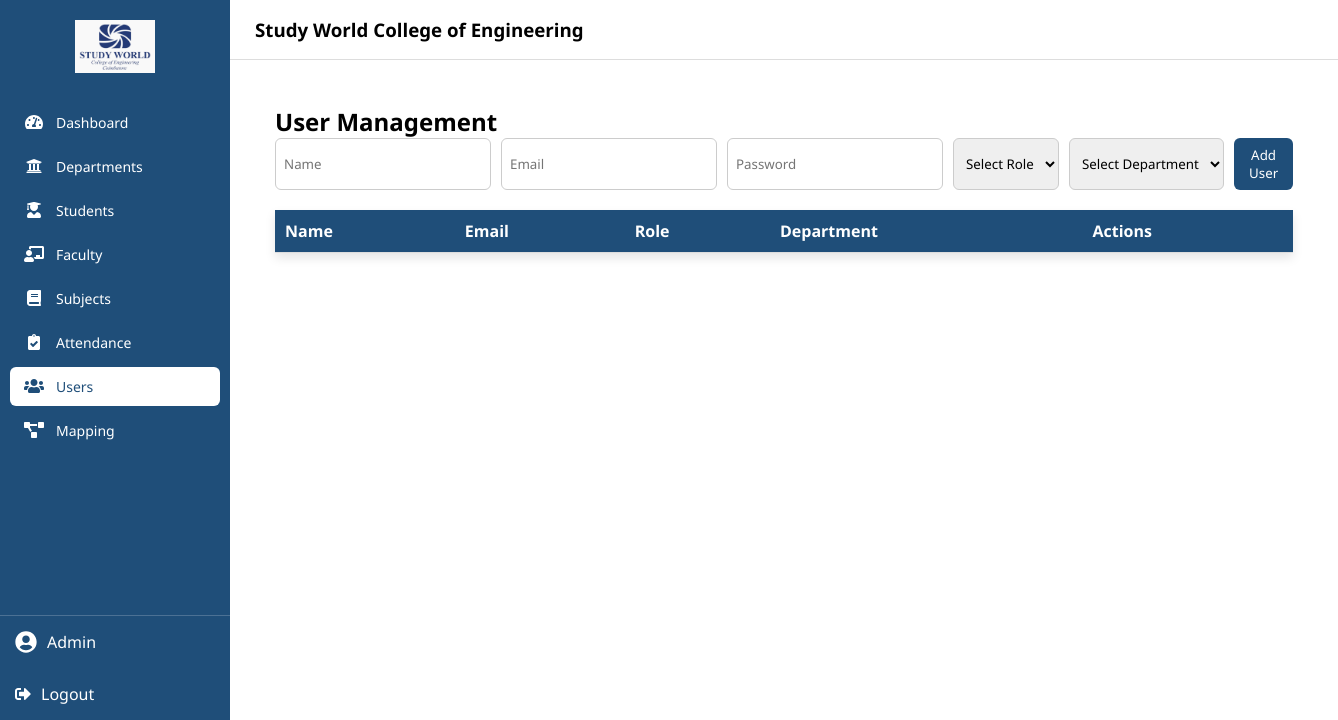
Repository: arthanarieswara/frontend
Page: /users
An editor plug-in stored every save of this project. The page is shown before and after the next save, followed by the edit.
The browser window is 1280 px wide. The page is 1338 px wide, then 1280 px, so the pictures cover 1338 px, including what lies to the right of the window. The pictures show the whole page.
The page's requests for data from a server got no answer. The project was rebuilt for these pictures with package versions that can differ from the ones it lists, and the page was loaded fresh each time. No one was signed in, and anything a server would have sent is missing. Also part of the build but not shown: vite.config.js, src/pages/auth/Login.jsx, src/pages/dashboard/Dashboard.css, src/pages/dashboard/Dashboard.jsx, src/pages/departments/Departments.jsx, src/pages/students/Students.css, src/pages/students/Students.jsx, src/pages/faculty/Faculty.css and 7 more.

Above is the page before, as saved 2026-03-27 15:49:06.

After the next save:
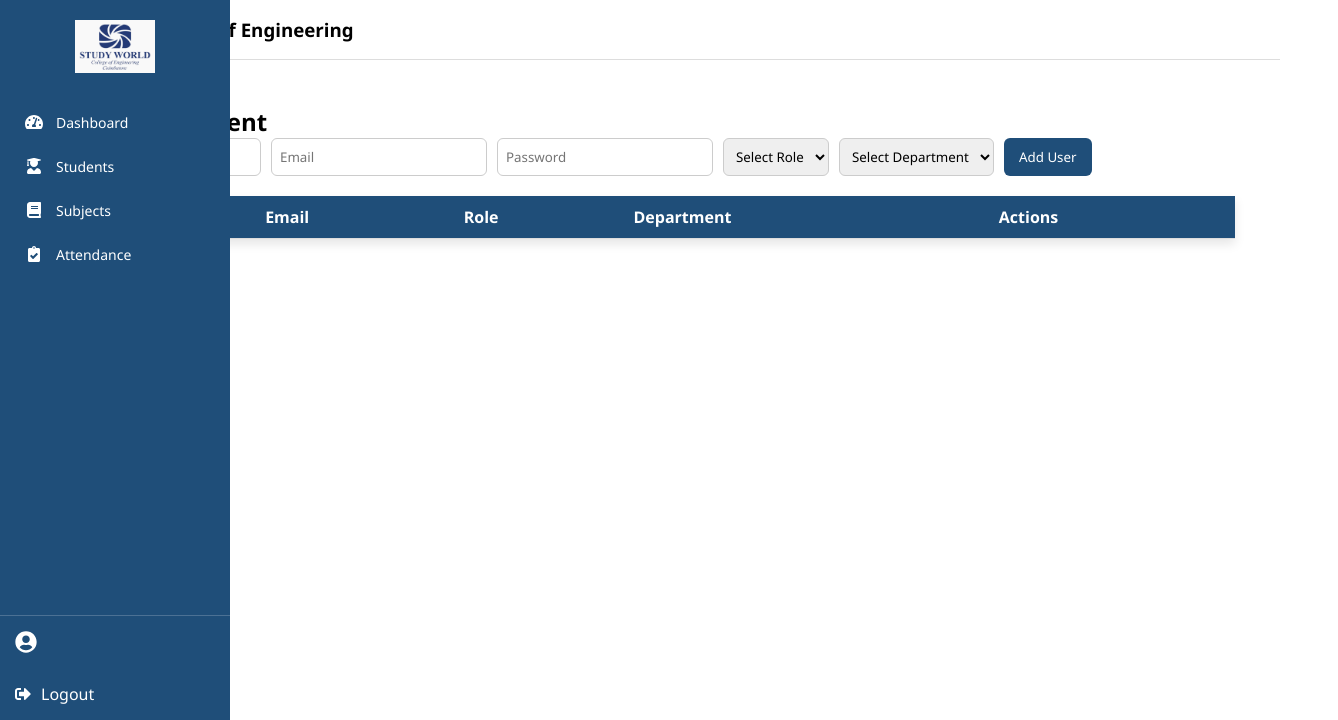
Saved 7 min 31 s later.
--- a/src/components/Sidebar.jsx
+++ b/src/components/Sidebar.jsx
@@ -6,7 +6,6 @@ import {
   FaChalkboardTeacher,
   FaBook,
   FaClipboardCheck,
-  FaMoneyBill,
   FaSignOutAlt,
   FaUserCircle,
   FaUsers,
@@ -18,76 +17,80 @@ import "./Sidebar.css";
 function Sidebar({ collapsed }) {
   const navigate = useNavigate();
 
+  const user = JSON.parse(localStorage.getItem("user"));
+  const role = user?.role;
+
   const handleLogout = () => {
     localStorage.removeItem("token");
+    localStorage.removeItem("user");
     navigate("/");
   };
 
   return (
-    <div className="main-content">
-      <div className={`sidebar ${collapsed ? "collapsed" : ""}`}>
-        <div className="sidebar-header">
-          <img src="/college-logo.png" className="sidebar-logo" />
+    <div className={`sidebar ${collapsed ? "collapsed" : ""}`}>
+      <div className="sidebar-header">
+        <img src="/college-logo.png" className="sidebar-logo" />
+      </div>
+
+      <nav className="menu">
+        {/* COMMON (ADMIN + FACULTY) */}
+        <NavLink to="/dashboard" className="menu-item">
+          <FaTachometerAlt />
+          <span>Dashboard</span>
+        </NavLink>
+
+        <NavLink to="/students" className="menu-item">
+          <FaUserGraduate />
+          <span>Students</span>
+        </NavLink>
+
+        <NavLink to="/subjects" className="menu-item">
+          <FaBook />
+          <span>Subjects</span>
+        </NavLink>
+
+        <NavLink to="/attendance" className="menu-item">
+          <FaClipboardCheck />
+          <span>Attendance</span>
+        </NavLink>
+
+        {/* ADMIN ONLY */}
+        {role === "Admin" && (
+          <>
+            <NavLink to="/departments" className="menu-item">
+              <FaUniversity />
+              <span>Departments</span>
+            </NavLink>
+
+            <NavLink to="/faculty" className="menu-item">
+              <FaChalkboardTeacher />
+              <span>Faculty</span>
+            </NavLink>
+
+            <NavLink to="/users" className="menu-item">
+              <FaUsers />
+              <span>Users</span>
+            </NavLink>
+
+            <NavLink to="/mapping" className="menu-item">
+              <FaProjectDiagram />
+              <span>Mapping</span>
+            </NavLink>
+          </>
+        )}
+      </nav>
+
+      {/* PROFILE + LOGOUT */}
+
+      <div className="bottom-section">
+        <div className="profile">
+          <FaUserCircle className="profile-icon" />
+          <span>{role}</span>
         </div>
 
-        <nav className="menu">
-          <NavLink to="/dashboard" className="menu-item">
-            <FaTachometerAlt />
-            <span>Dashboard</span>
-          </NavLink>
-
-          <NavLink to="/departments" className="menu-item">
-            <FaUniversity />
-            <span>Departments</span>
-          </NavLink>
-
-          <NavLink to="/students" className="menu-item">
-            <FaUserGraduate />
-            <span>Students</span>
-          </NavLink>
-
-          <NavLink to="/faculty" className="menu-item">
-            <FaChalkboardTeacher />
-            <span>Faculty</span>
-          </NavLink>
-
-          <NavLink to="/subjects" className="menu-item">
-            <FaBook />
-            <span>Subjects</span>
-          </NavLink>
-
-          <NavLink to="/attendance" className="menu-item">
-            <FaClipboardCheck />
-            <span>Attendance</span>
-          </NavLink>
-
-          {/* <NavLink to="/fees" className="menu-item">
-          <FaMoneyBill />
-          <span>Fees</span>
-        </NavLink> */}
-
-          <NavLink to="/users" className="menu-item">
-            <FaUsers />
-            <span>Users</span>
-          </NavLink>
-          <NavLink to="/mapping" className="menu-item">
-            <FaProjectDiagram />
-            <span>Mapping</span>
-          </NavLink>
-        </nav>
-
-        {/* PROFILE SECTION */}
-
-        <div className="bottom-section">
-          <div className="profile">
-            <FaUserCircle className="profile-icon" />
-            <span>Admin</span>
-          </div>
-
-          <div className="logout" onClick={handleLogout}>
-            <FaSignOutAlt />
-            <span>Logout</span>
-          </div>
+        <div className="logout" onClick={handleLogout}>
+          <FaSignOutAlt />
+          <span>Logout</span>
         </div>
       </div>
     </div>
